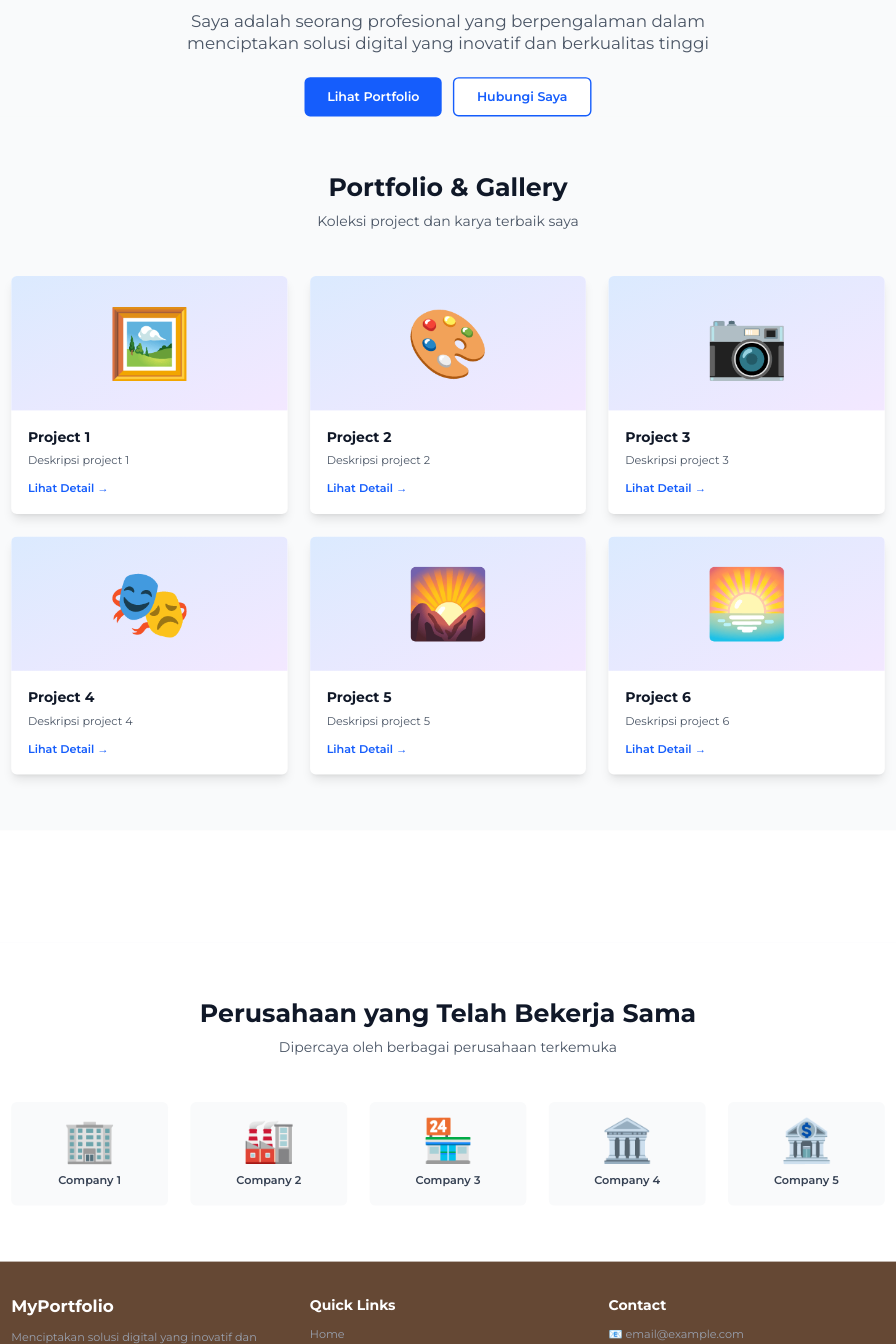
Repository: faridfirdaus-fred/konveksi_misju
Page: /
The author's editor kept a copy of each file at every save. The page is drawn from the files as they stood at one save, then again after a run of saves.
The browser window is 1280 px wide. The pictures show the part of the page from y = 886 to 2806 px (the page is 3053 px tall before and 3133 px after), at 70% of full size.
The project was rebuilt for these pictures with package versions that can differ from the ones it lists, and the page was loaded fresh each time. Also part of the build but not shown: vite.config.js.

Above is the page before, as saved 2026-01-09 18:58:49.

### index.html
<!doctype html>
<html lang="en">
  <head>
    <meta charset="UTF-8" />
    <link rel="icon" type="image/svg+xml" href="/vite.svg" />
    <meta name="viewport" content="width=device-width, initial-scale=1.0" />
    <link rel="preconnect" href="https://fonts.googleapis.com">
    <link rel="preconnect" href="https://fonts.gstatic.com" crossorigin>
    <link href="https://fonts.googleapis.com/css2?family=Montserrat:wght@300;400;500;600;700;800&display=swap" rel="stylesheet">
    <title>portfolio_misju</title>
  </head>
  <body>
    <div id="root"></div>
    <script type="module" src="/src/main.jsx"></script>
  </body>
</html>

### src/index.css
@import "tailwindcss";

@theme {
  --color-primary: #654834;
  --color-secondary: #F7F7F7;
}

### src/App.jsx
import './App.css'
import Navbar from './components/Navbar'
import Hero from './components/Hero'
import Partners from './components/Partners'
import Gallery from './components/Gallery'
import About from './components/About'
import Footer from './components/Footer'
import Hero_Bottom from './components/Hero_Bottom'

function App() {
  return (
    <div className="min-h-screen bg-gray-50">
      <Navbar />
      <Hero />
      <Hero_Bottom />
      <Gallery />
      <About />
      <Partners />
      <Footer />
    </div>
  )
}

export default App

### src/App.css
/* Custom styles for portfolio */
html {
  scroll-behavior: smooth;
}

body {
  font-family: "Montserrat", sans-serif;
  font-optical-sizing: auto;
}

### src/components/Navbar.jsx
import { useState } from 'react'
import logo from '../assets/logo.webp'

function Navbar() {
    const [isMobileMenuOpen, setIsMobileMenuOpen] = useState(false)

    const scrollToSection = (id) => {
        const element = document.getElementById(id)
        if (element) {
            element.scrollIntoView({ behavior: 'smooth' })
        }
        setIsMobileMenuOpen(false)
    }

    return (
        <nav className="fixed top-0 left-0 right-0 bg-secondary shadow-md z-50">
            <div className="w-11/12 md:11/12 mx-auto">
                <div className="flex justify-between items-center h-16">
                    {/* Logo - Kiri */}
                    <div className="shrink-0">
                        <a href="#home" className="flex items-center">
                            <img src={logo} alt="MyPortfolio Logo" className="h-10 w-auto" />
                        </a>
                    </div>

                    {/* Navigation - Tengah (Desktop) */}
                    <div className="hidden md:flex space-x-8">
                        <button onClick={() => scrollToSection('home')} className="text-gray-700 hover:text-primary transition">
                            Beranda
                        </button>

                        <button onClick={() => scrollToSection('gallery')} className="text-gray-700 hover:text-primary transition">
                            Galeri
                        </button>
                        <button onClick={() => scrollToSection('about')} className="text-gray-700 hover:text-primary transition">
                            Tentang
                        </button>
                         <button onClick={() => scrollToSection('partners')} className="text-gray-700 hover:text-primary transition">
                            Mitra
                        </button>
                    </div>

                    {/* Contact Button - Kanan */}
                    <div className="hidden md:block">
                        <a
                            href="https://wa.me/6285318217545"
                            target="_blank"
                            rel="noopener noreferrer"
                            className="inline-block bg-primary text-white px-6 py-2 rounded-lg transition hover:bg-secondary hover:text-primary border-2 border-primary"
                        >
                            Hubungi Kami
                        </a>
                    </div>

                    {/* Mobile menu button */}
                    <div className="md:hidden">
                        <button
                            onClick={() => setIsMobileMenuOpen(!isMobileMenuOpen)}
                            className="text-gray-700 hover:text-blue-600"
                        >
                            <svg className="h-6 w-6" fill="none" viewBox="0 0 24 24" stroke="currentColor">
                                <path strokeLinecap="round" strokeLinejoin="round" strokeWidth={2} d={isMobileMenuOpen ? "M6 18L18 6M6 6l12 12" : "M4 6h16M4 12h16M4 18h16"} />
                            </svg>
                        </button>
                    </div>
                </div>
            </div>

            {/* Mobile menu */}
            {isMobileMenuOpen && (
                <div className="md:hidden bg-white border-t">
                    <div className="px-2 pt-2 pb-3 space-y-1">
                        <button onClick={() => scrollToSection('home')} className="block w-full text-left px-3 py-2 text-gray-700 hover:bg-gray-100">
                            Beranda
                        </button>
                        <button onClick={() => scrollToSection('partners')} className="block w-full text-left px-3 py-2 text-gray-700 hover:bg-gray-100">
                            Mitra
                        </button>
                        <button onClick={() => scrollToSection('gallery')} className="block w-full text-left px-3 py-2 text-gray-700 hover:bg-gray-100">
                            Galeri
                        </button>
                        <button onClick={() => scrollToSection('about')} className="block w-full text-left px-3 py-2 text-gray-700 hover:bg-gray-100">
                            Tentang
                        </button>
                        <a
                            href="https://wa.me/6285318217545"
                            target="_blank"
                            rel="noopener noreferrer"
                            className="block w-full text-center px-3 py-2 bg-primary text-secondary hover:bg-secondary hover:text-primary rounded"
                        >
                            Hubungi Kami
                        </a>
                    </div>
                </div>
            )}
        </nav>
    )
}

export default Navbar

### src/components/Hero.jsx
import hero from '../assets/hero.webp'

function Hero() {

  return (
    <section
      id="home"
      className="min-h-screen w-full flex items-center relative bg-cover bg-center bg-no-repeat"
      style={{
        backgroundImage: `url(${hero})`
      }}
    >
      {/* Overlay */}
      <div className="absolute inset-0 bg-black/40"></div>

      {/* Content */}
      <div className="relative z-10 w-11/12 mx-auto">
        <div className="w-6/12">
          <h1 className="text-4xl md:text-6xl font-bold text-white mb-4">
            Misju - Konveksi Tas Berkualitas
          </h1>
          <p className="text-lg md:text-xl text-white/90 mb-6">
            Spesialis pembuatan tas custom untuk kebutuhan pribadi, bisnis, dan institusi. Kualitas terjamin dengan harga terjangkau.
          </p>
          <div className="flex flex-wrap gap-4">
            <a
              href="https://wa.me/6285318217545"
              target="_blank"
              rel="noopener noreferrer"
              className="bg-primary text-white px-6 py-3 rounded-lg text-lg font-semibold hover:bg-secondary hover:text-primary transition shadow-lg"
            >
              Hubungi Kami
            </a>
          </div>
        </div>
        <div className='w-6/12'></div>
      </div>
    </section>
  )
}

export default Hero

### src/components/Partners.jsx
function Partners() {
  const partners = [
    { id: 1, name: 'Company 1', logo: '🏢' },
    { id: 2, name: 'Company 2', logo: '🏭' },
    { id: 3, name: 'Company 3', logo: '🏪' },
    { id: 4, name: 'Company 4', logo: '🏛️' },
    { id: 5, name: 'Company 5', logo: '🏦' },
  ]

  return (
    <section id="partners" className="py-20 px-4 bg-white">
      <div className="max-w-7xl mx-auto">
        <div className="text-center mb-16">
          <h2 className="text-4xl font-bold text-gray-900 mb-4">
            Perusahaan yang Telah Bekerja Sama
          </h2>
          <p className="text-xl text-gray-600">
            Dipercaya oleh berbagai perusahaan terkemuka
          </p>
        </div>
        <div className="grid grid-cols-2 md:grid-cols-3 lg:grid-cols-5 gap-8">
          {partners.map((partner) => (
            <div key={partner.id} className="flex flex-col items-center justify-center p-6 bg-gray-50 rounded-lg hover:shadow-lg transition">
              <div className="text-6xl mb-4">{partner.logo}</div>
              <p className="text-gray-700 font-semibold">{partner.name}</p>
            </div>
          ))}
        </div>
      </div>
    </section>
  )
}

export default Partners

### src/components/Gallery.jsx
function Gallery() {
  const galleryItems = [
    { id: 1, title: 'Project 1', image: '🖼️', description: 'Deskripsi project 1' },
    { id: 2, title: 'Project 2', image: '🎨', description: 'Deskripsi project 2' },
    { id: 3, title: 'Project 3', image: '📷', description: 'Deskripsi project 3' },
    { id: 4, title: 'Project 4', image: '🎭', description: 'Deskripsi project 4' },
    { id: 5, title: 'Project 5', image: '🌄', description: 'Deskripsi project 5' },
    { id: 6, title: 'Project 6', image: '🌅', description: 'Deskripsi project 6' },
  ]

  return (
    <section id="gallery" className="py-20 px-4 bg-gray-50">
      <div className="max-w-7xl mx-auto">
        <div className="text-center mb-16">
          <h2 className="text-4xl font-bold text-gray-900 mb-4">
            Portfolio & Gallery
          </h2>
          <p className="text-xl text-gray-600">
            Koleksi project dan karya terbaik saya
          </p>
        </div>
        <div className="grid grid-cols-1 md:grid-cols-2 lg:grid-cols-3 gap-8">
          {galleryItems.map((item) => (
            <div key={item.id} className="bg-white rounded-lg overflow-hidden shadow-lg hover:shadow-xl transition">
              <div className="h-48 bg-gradient-to-br from-blue-100 to-purple-100 flex items-center justify-center text-8xl">
                {item.image}
              </div>
              <div className="p-6">
                <h3 className="text-xl font-bold text-gray-900 mb-2">{item.title}</h3>
                <p className="text-gray-600">{item.description}</p>
                <button className="mt-4 text-blue-600 font-semibold hover:text-blue-700">
                  Lihat Detail →
                </button>
              </div>
            </div>
          ))}
        </div>
      </div>
    </section>
  )
}

export default Gallery

### src/components/About.jsx
function About() {
  return (
    <section id="about" className="py-20 px-4 bg-white ">
      <div className="max-w-7xl mx-auto">

      </div>
    </section>
  )
}

export default About

### src/components/Footer.jsx
function Footer() {
  const scrollToSection = (id) => {
    const element = document.getElementById(id)
    if (element) {
      element.scrollIntoView({ behavior: 'smooth' })
    }
  }

  return (
    <footer id="footer" className="bg-primary text-white py-12 px-4">
      <div className="max-w-7xl mx-auto">
        <div className="grid grid-cols-1 md:grid-cols-3 gap-8 mb-8">
          {/* About */}
          <div>
            <h3 className="text-2xl font-bold mb-4">MyPortfolio</h3>
            <p className="text-gray-400">
              Menciptakan solusi digital yang inovatif dan berkualitas untuk kesuksesan bisnis Anda
            </p>
          </div>

          {/* Quick Links */}
          <div>
            <h3 className="text-xl font-bold mb-4">Quick Links</h3>
            <ul className="space-y-2">
              <li>
                <button onClick={() => scrollToSection('home')} className="text-gray-400 hover:text-white transition">
                  Home
                </button>
              </li>
              <li>
                <button onClick={() => scrollToSection('partners')} className="text-gray-400 hover:text-white transition">
                  Partners
                </button>
              </li>
              <li>
                <button onClick={() => scrollToSection('gallery')} className="text-gray-400 hover:text-white transition">
                  Gallery
                </button>
              </li>
              <li>
                <button onClick={() => scrollToSection('about')} className="text-gray-400 hover:text-white transition">
                  About
                </button>
              </li>
            </ul>
          </div>

          {/* Contact */}
          <div>
            <h3 className="text-xl font-bold mb-4">Contact</h3>
            <ul className="space-y-2 text-gray-400">
              <li>📧 email@example.com</li>
              <li>📱 +62 123 4567 8900</li>
              <li>📍 Jakarta, Indonesia</li>
            </ul>
            <div className="flex gap-4 mt-4">
              <a href="#" className="text-2xl hover:text-blue-400 transition">🔗</a>
              <a href="#" className="text-2xl hover:text-blue-400 transition">💼</a>
              <a href="#" className="text-2xl hover:text-blue-400 transition">📸</a>
            </div>
          </div>
        </div>

        <div className="border-t border-gray-800 pt-8 text-center text-gray-400">
          <p>&copy; 2026 MyPortfolio. All rights reserved.</p>
        </div>
      </div>
    </footer>
  )
}

export default Footer

### src/components/Hero_Bottom.jsx
function Hero_Bottom() {
  const scrollToSection = (id) => {
    const element = document.getElementById(id)
    if (element) {
      element.scrollIntoView({ behavior: 'smooth' })
    }
  }

  return (
    <section id="home" className="pt-24 pb-20dient-to-br from-blue-50 to-indigo-100">
      <div className="max-w-7xl mx-auto">
        <div className="text-center">
          <h1 className="text-5xl md:text-6xl font-bold text-gray-900 mb-6">
            Selamat Datang di Portfolio Saya
          </h1>
          <p className="text-xl md:text-2xl text-gray-600 mb-8 max-w-3xl mx-auto">
            Saya adalah seorang profesional yang berpengalaman dalam menciptakan solusi digital yang inovatif dan berkualitas tinggi
          </p>
          <div className="flex justify-center gap-4">
            <button onClick={() => scrollToSection('gallery')} className="bg-blue-600 text-white px-8 py-3 rounded-lg text-lg font-semibold hover:bg-blue-700 transition">
              Lihat Portfolio
            </button>
            <button onClick={() => scrollToSection('footer')} className="bg-white text-blue-600 px-8 py-3 rounded-lg text-lg font-semibold border-2 border-blue-600 hover:bg-blue-50 transition">
              Hubungi Saya
            </button>
          </div>
        </div>
      </div>
    </section>
  )
}

export default Hero_Bottom

Loaded but not shown: src/main.jsx (common file)

After the next 3 saves:
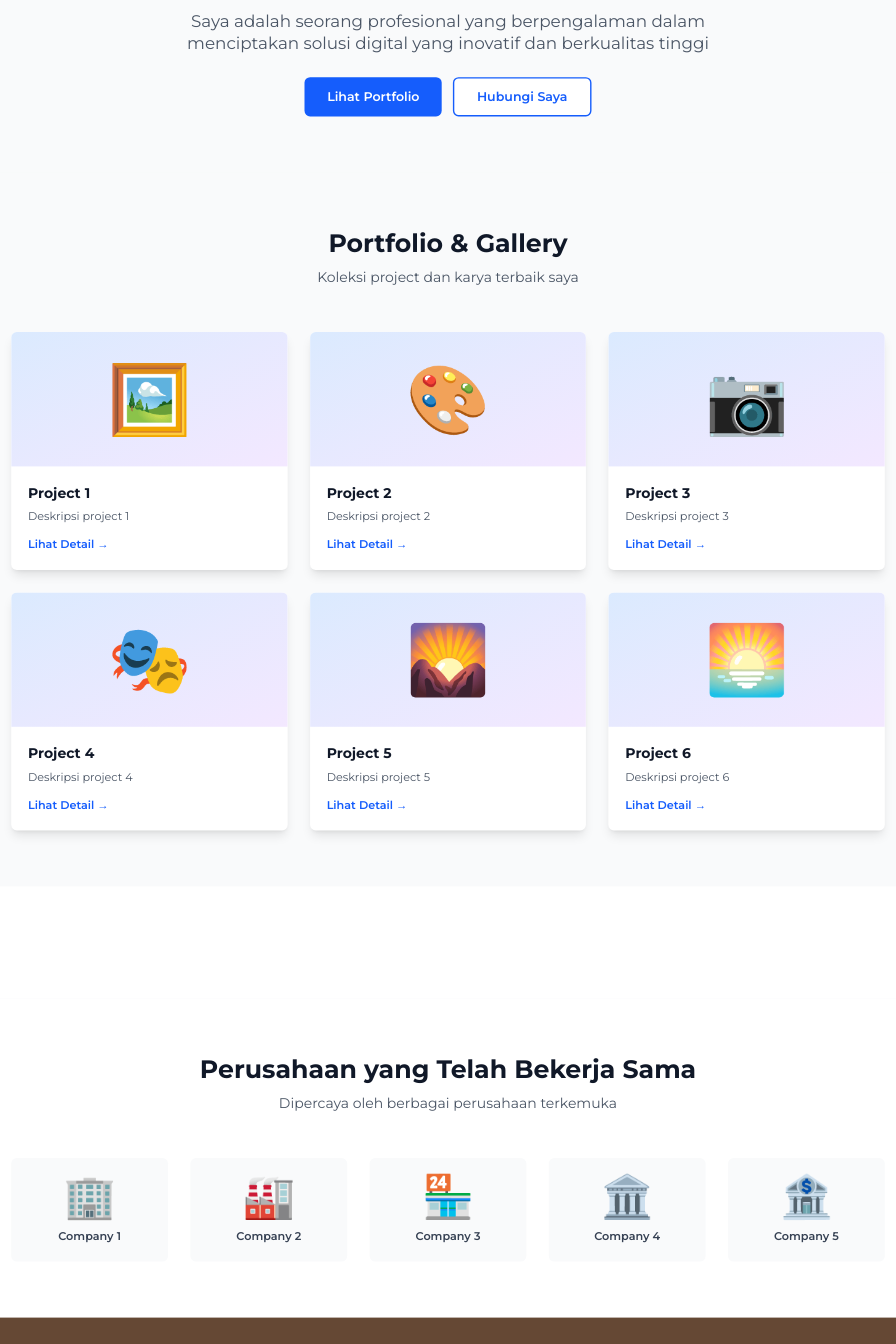
The 3 saves are shown as one change because they came seconds apart.
The last was saved 7 s later.
--- a/src/components/Hero_Bottom.jsx
+++ b/src/components/Hero_Bottom.jsx
@@ -7,7 +7,7 @@
   }
 
   return (
-    <section id="home" className="pt-24 pb-20dient-to-br from-blue-50 to-indigo-100">
+    <section id="home" className="pt-24 pb-20 ">
       <div className="max-w-7xl mx-auto">
         <div className="text-center">
           <h1 className="text-5xl md:text-6xl font-bold text-gray-900 mb-6">
